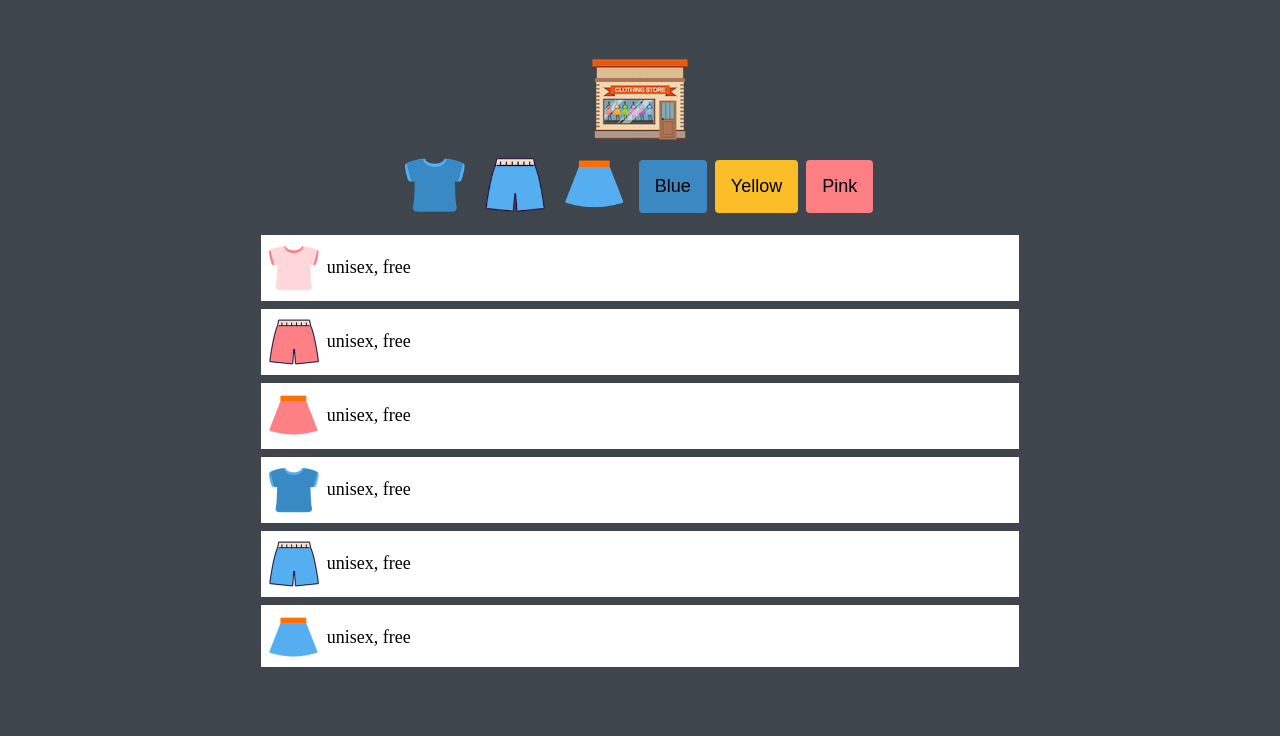
Repository: GoodHoneyCake/Dream_Coding_Academy1
Page: index.html
An editor plug-in stored every save of this project. The page is shown before and after the next save, followed by the edit.
The browser window is 1280 px wide. The pictures show the whole page.
An inner scrolling area shows only its first screen.

Above is the page before, as saved 2021-01-06 17:57:35.

After the next save:
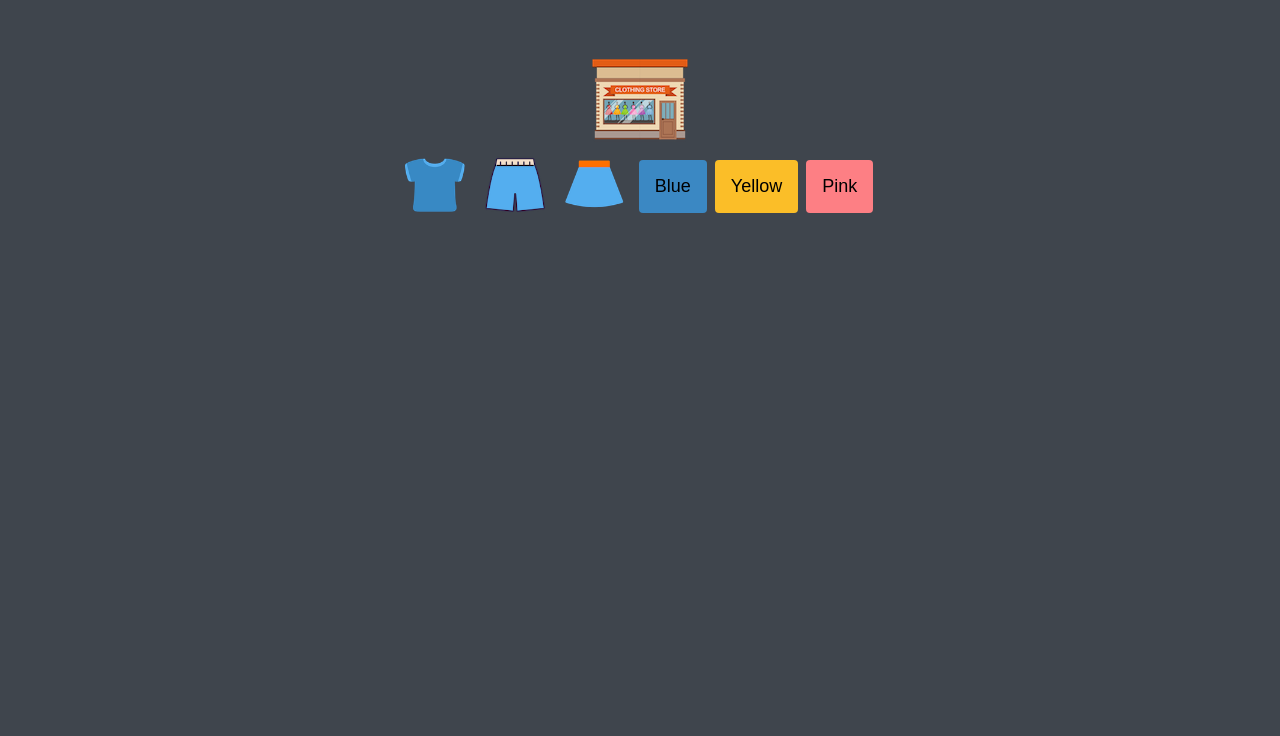
Saved 22 s later.
--- a/src/main.js
+++ b/src/main.js
@@ -7,7 +7,7 @@
 
 function displayItems(items) {
   const container = document.querySelector(".items");
-  const html = items.map((item) => createHTMLString(item));
+  const html = items.map((item) => createHTMLString(item)).Math.random();
   console.log(html);
   container.innerHTML = items.map((item) => createHTMLString(item)).join("");
 }

After the 2 saves that followed:
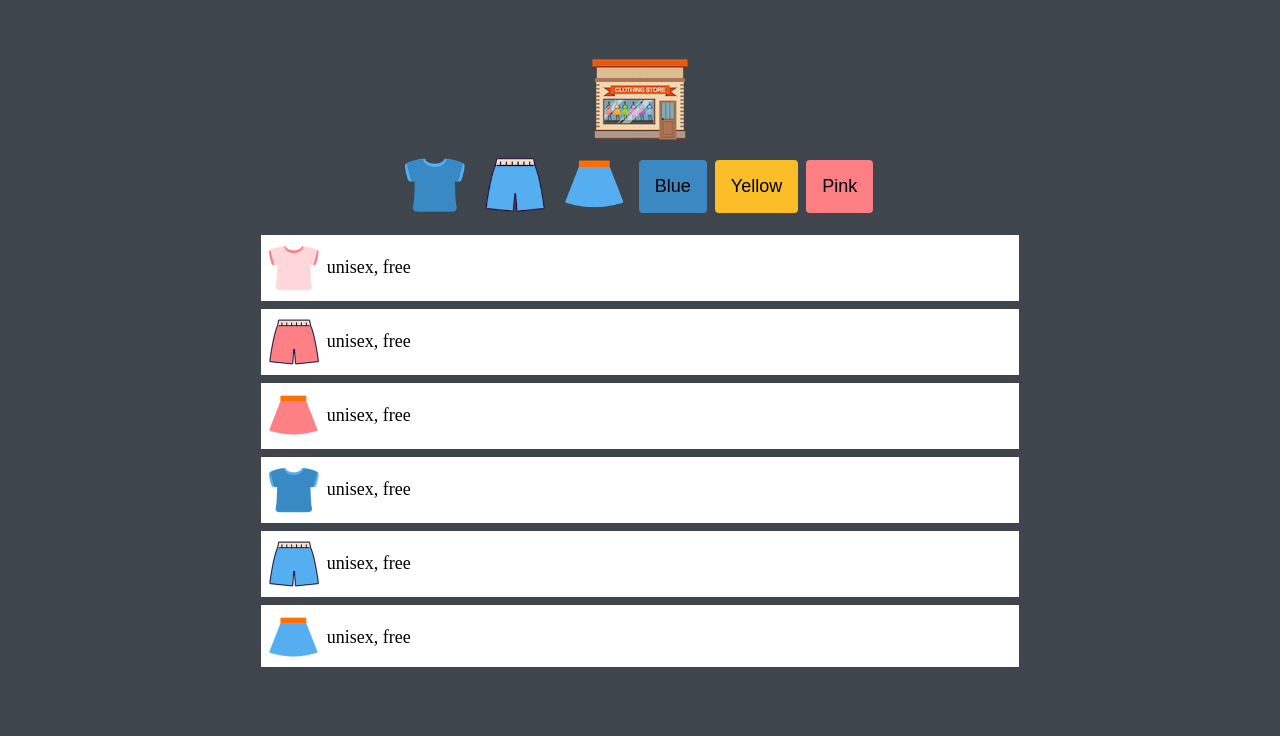
The 2 saves are shown as one change because 1 left the picture as it was.
The last was saved 17 s later.
--- a/src/main.js
+++ b/src/main.js
@@ -7,8 +7,7 @@
 
 function displayItems(items) {
   const container = document.querySelector(".items");
-  const html = items.map((item) => createHTMLString(item)).Math.random();
-  console.log(html);
+
   container.innerHTML = items.map((item) => createHTMLString(item)).join("");
 }
 
